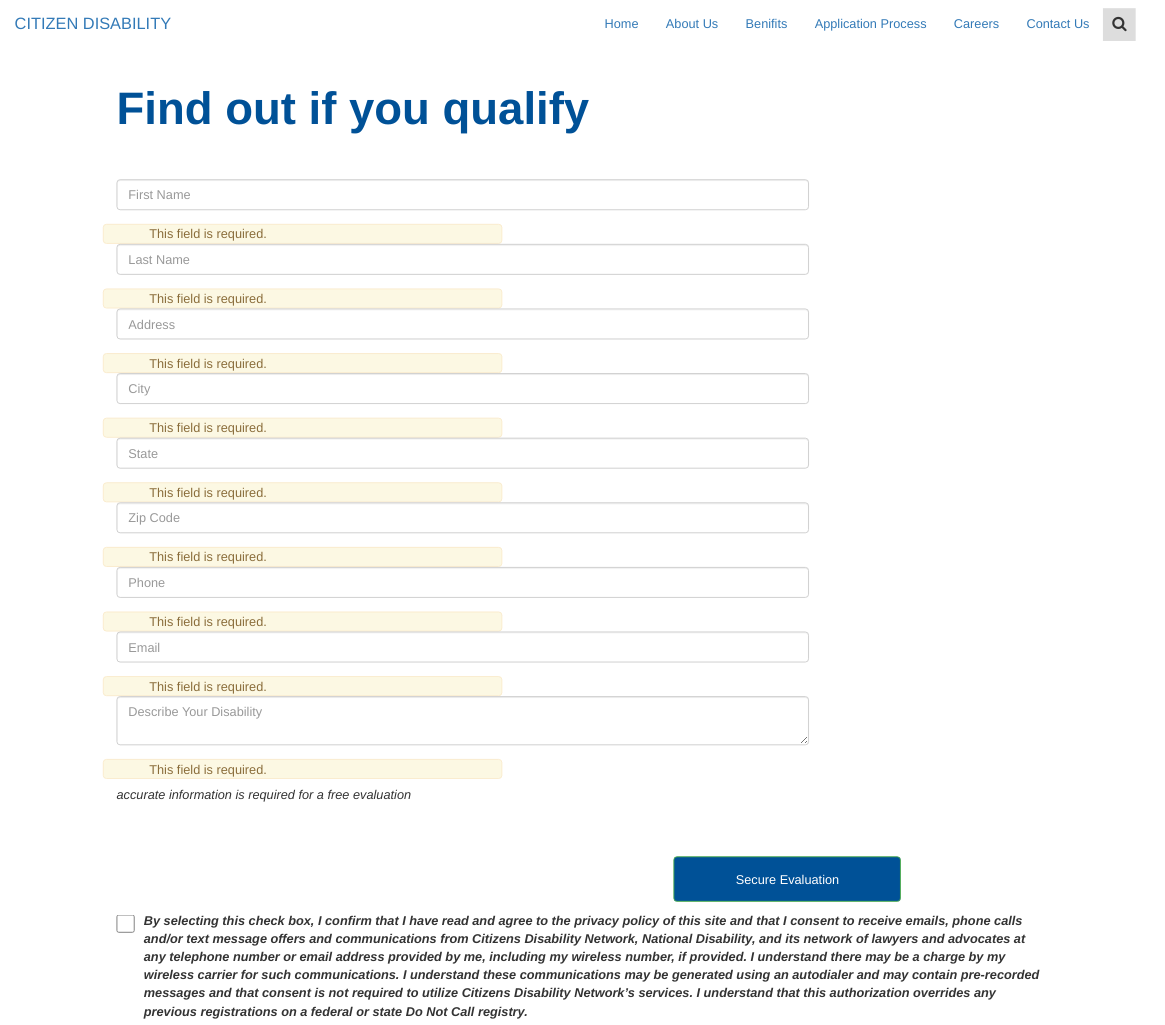
Repository: welcome0605/Embed-html-integrate-with-API
Page: Home1.html
An editor plug-in stored every save of this project. The page is shown before and after the next save, followed by the edit.
The browser window is 1280 px wide. The pictures show the whole page, at 91% of full size.

Above is the page before, as saved 2019-04-28 20:58:20.

After the next save:
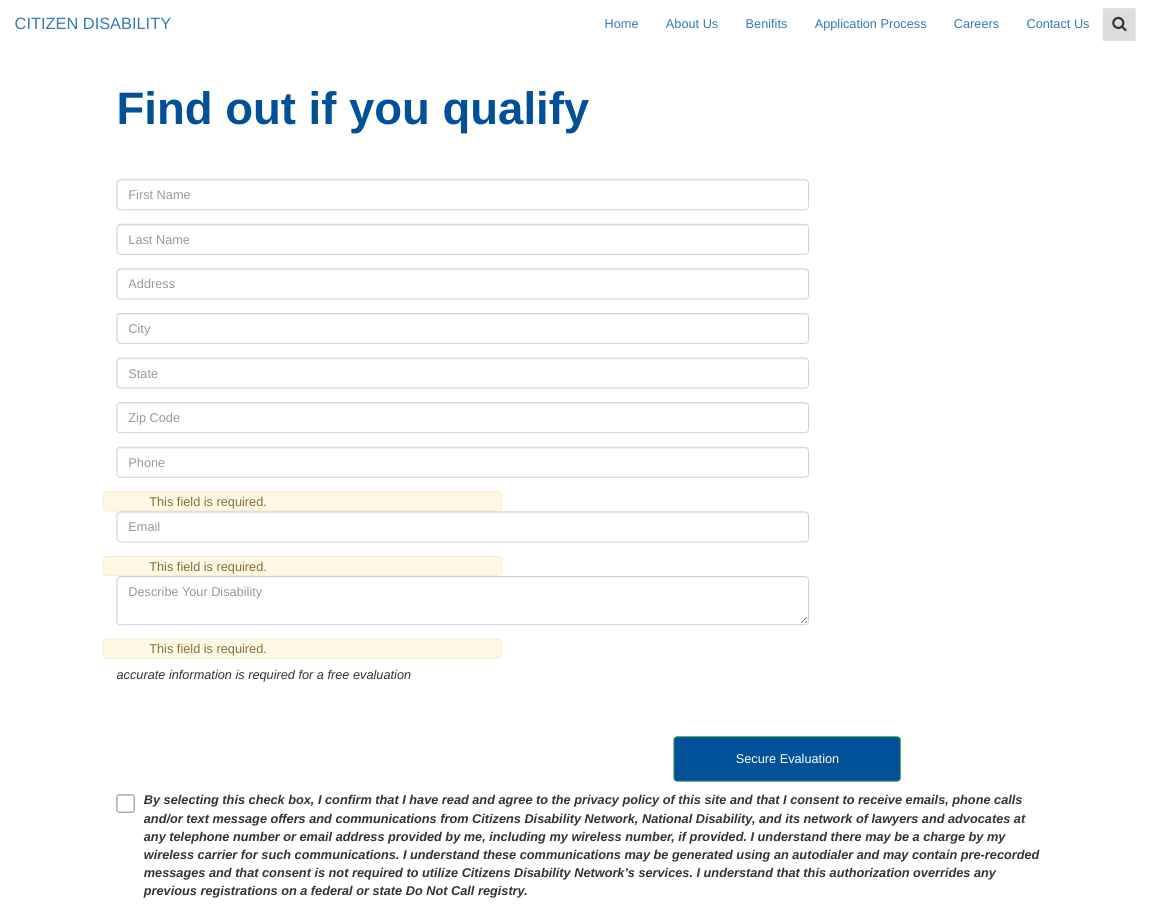
Saved 33 s later.
--- a/css/base1.css
+++ b/css/base1.css
@@ -91,9 +91,9 @@ navbar-default .navbar-nav>.active>a, .navbar-default .navbar-nav>.active>a:focu
     height: 50px;
 }
 
-/* .alert_req1, .alert_req2, .alert_req3, .alert_req4, .alert_req5, .alert_req6 {
+.alert_req1, .alert_req2, .alert_req3, .alert_req4, .alert_req5, .alert_req6 {
     display: none;
-} */
+}
 
 .h5_italic {
     font-style: italic;
